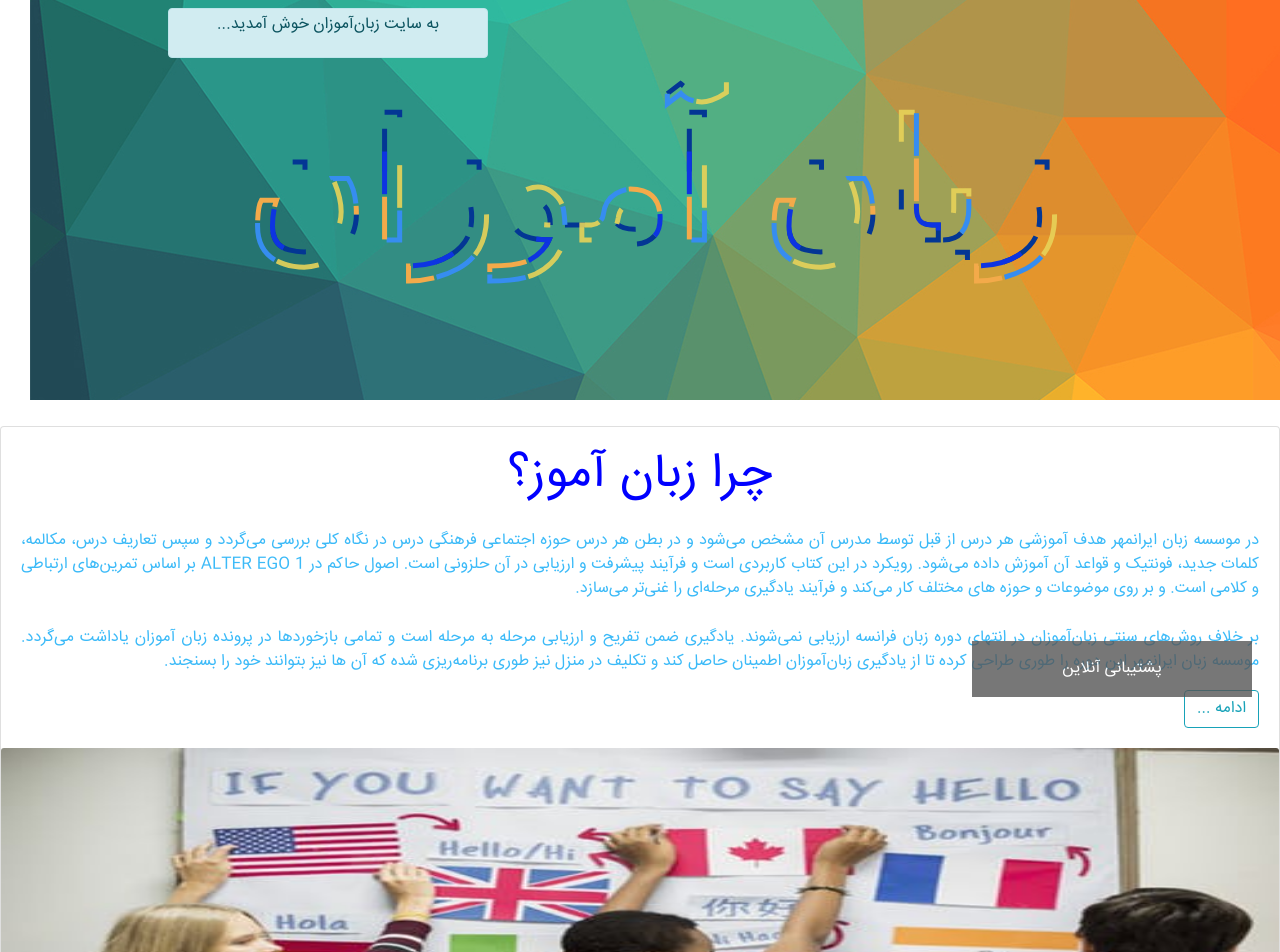
Repository: nikmahla/ZabanAmozan
Page: LanguageWebSite.html
These files come from the project's save history. The page is drawn as it stood at one moment and after a run of saves; the edit follows.
The browser window is 1280 px wide. The pictures show the part of the page from y = 0 to 952 px (the page is 3961 px tall).
A picture or video elsewhere on the page could not be fetched, so the positions and the page height are approximate.

Above is the page before, as saved 2019-10-11 22:01:59.

### LanguageWebSite.html
<html lang="en">

<head>
    <meta charset="UTF-8">
    <meta name="viewport" content="width=device-width, initial-scale=1.0">
    <meta http-equiv="X-UA-Compatible" content="ie=edge">
    <link rel="stylesheet" href="css/bootstrap.css">
    <link rel="stylesheet" href="css/stylesheet.css">
    <link rel="shortcut icon" href="images/fav.jpg" title="favicon">
    <script src="jquery.min.js"></script>
    <title>Learn New Language</title>
</head>

<body class="container-fluid">

    <div class="row bg-image">
        <svg viewBox="0 0 960 300">
            <symbol id="s-text">
                <text text-anchor="middle" x="50%" y="80%"> زبان آموزان</text>
            </symbol>

            <g class="g-ants">
                <use xlink:href="#s-text" class="text-copy"></use>
                <use xlink:href="#s-text" class="text-copy"></use>
                <use xlink:href="#s-text" class="text-copy"></use>
                <use xlink:href="#s-text" class="text-copy"></use>
                <use xlink:href="#s-text" class="text-copy"></use>
            </g>
        </svg>
    </div>

    <div id="alert" class="alert alert-info p-1 m-2">
        <p class="text-center">به سایت زبان‌آموزان خوش آمدید...</p>
    </div>

    <div class="row">
        <div class="card  " style="margin-top: 2%">
            <div class="card-body">
                <h5 class="card-title card-title-me"> چرا زبان آموز؟ </h5>
                <p class="card-body-me">در موسسه زبان ایرانمهر هدف آموزشی هر درس از قبل توسط مدرس آن مشخص می‌شود و در
                    بطن هر
                    درس حوزه اجتماعی فرهنگی درس در نگاه کلی بررسی می‌گردد و سپس تعاریف درس، مکالمه، کلمات جدید، فونتیک و
                    قواعد آن آموزش داده می‌شود. رویکرد در این کتاب کاربردی است و فرآیند پیشرفت و ارزیابی در آن حلزونی
                    است.
                    اصول حاکم در ALTER EGO 1 بر اساس تمرین‌های ارتباطی و کلامی است. و بر روی موضوعات و حوزه های مختلف
                    کار
                    می‌کند و فرآیند یادگیری مرحله‌‌ای را غنی‌تر می‌سازد.</p>
                <p class="card-body-me">
                    بر خلاف روش‌های سنتی زبان‌آموزان در انتهای دوره زبان فرانسه ارزیابی نمی‌شوند. یادگیری ضمن تفریح و
                    ارزیابی مرحله به مرحله است و تمامی بازخوردها در پرونده زبان آموزان یاداشت می‌گردد. موسسه زبان
                    ایرانمهر
                    این دوره را طوری طراحی کرده تا از یادگیری زبان‌آموزان اطمینان حاصل کند و تکلیف در منزل نیز طوری
                    برنامه‌ریزی شده که آن ها نیز بتوانند خود را بسنجند.
                </p>
                <button type="button" class="btn btn-outline-info">ادامه ...</button>

            </div>
            <img src="./images/fl031.jpg" class="card-img-top card-img" alt="">
        </div>
    </div>


    <div class="row ">
        <div class="col-md-6">
            <div class="videoplay ">
                <video class="img-fluid" autoplay="" loop="" playsinline="" muted="">
                    <source type="video/mp4" src="images/class03.mp4">
                </video>
            </div>
        </div>
        <div class="col-md-6 ">
            <h3 class="text-class">
                1.زمان مد نظرتو انتخاب کن
            </h3>
        </div>
    </div>

    <div class="row ">
        <div class="col-md-6 ">
            <h3 class="text-class">
                2.کلاستو انتخاب کن
            </h3>
        </div>
        <div class="col-md-6">
            <div class="videoplay ">
                <video class="img-fluid" autoplay="" loop="" playsinline="" muted="">
                    <source type="video/mp4" src="images/class031.mp4">
                </video>
            </div>
        </div>
    </div>

    <div class="row ">
        <div class="col-md-6">
            <div class="videoplay ">
                <video class="img-fluid" autoplay="" loop="" playsinline="" muted="">
                    <source type="video/mp4" src="images/class033.mp4">
                </video>
            </div>
        </div>
        <div class="col-md-6 ">
            <h3 class="text-class">
                3. برو کلاس
            </h3>
        </div>
    </div>

    <div class="row" style="margin-top:2% ">
        <div class="card card-box" style="width:30%">
            <img class="card-img-top" src="./images/cl8.jpg" alt="Card image">
            <div class="card-body">
                <h4 class="card-title">دوره های آموزش زبان فرانسه متوسطه بزرگسالان</h4>
                <p class="card-text">دوره های فشرده نیمه گروهی ( 6 تا 8 نفره )</p>
                <a href="#" class="btn btn-primary">مشاهده</a>
            </div>
        </div>

        <div class="card card-box" style="width:30%">
            <img class="card-img-top" src="./images/cl9.jpg" alt="Card image">
            <div class="card-body">
                <h4 class="card-title">دوره آموزش زبان فرانسه پیش متوسطه کودکان</h4>
                <p class="card-text">دوره زبان فرانسه پیش متوسطه کودکان (+A2)</p>
                <a href="#" class="btn btn-primary">مشاهده</a>
            </div>
        </div>

        <div class="card card-box" style="width:30%">
            <img class="card-img-top" src="./images/cl10.jpg" alt="Card image">
            <div class="card-body">
                <h4 class="card-title">دوره زبان فرانسه پیشرفته بزرگسالان</h4>
                <p class="card-text">دوره زبان فرانسه پیش متوسطه</p>
                <a href="#" class="btn btn-primary">مشاهده</a>
            </div>
        </div>
    </div>



    <div class="row bg">
        <h3 class="h1-list" data-shadow='dang!'>کلاسهای پاییز</h3>
    </div>



    <table class="table table-hover table-me">
        <thead>
            <tr>
                <th scope="col">#</th>
                <th scope="col">روزهای هفته</th>
                <th scope="col">کلاس</th>
                <th scope="col">استاد</th>
                <th> انتخاب</th>
            </tr>
        </thead>
        <tbody>
            <tr>
                <th scope="row">1</th>
                <td>شنبه</td>
                <td>زبان فرانسه</td>
                <td>دکتر رضایی</td>
                <td>
                    <button type="button" class="btn btn-outline-warning">مشاهده</button>
                </td>


            </tr>
            <tr>
                <th scope="row">2</th>
                <td>یکشنبه</td>
                <td>زبان فرانسه</td>
                <td>دکتر رضایی</td>
                <td>
                    <button type="button" class="btn btn-outline-warning">مشاهده</button>
                </td>

            </tr>
            <tr>
                <th scope="row">3</th>
                <td>دوشنبه</td>
                <td>زبان فرانسه</td>
                <td>دکتر رضایی</td>
                <td>
                    <button type="button" class="btn btn-outline-warning">مشاهده</button>
                </td>

            </tr>
            <tr>
                <th scope="row">4</th>
                <td>سه شنبه</td>
                <td>زبان فرانسه</td>
                <td>دکتر رضایی</td>
                <td>
                    <button type="button" class="btn btn-outline-warning">مشاهده</button>
                </td>
            </tr>
            <tr>
                <th scope="row">5</th>
                <td>چهارشنبه</td>
                <td>زبان فرانسه</td>
                <td>دکتر رضایی</td>
                <td>
                    <button type="button" class="btn btn-outline-warning">مشاهده</button>
                </td>
            </tr>
            <tr>
                <th scope="row">6</th>
                <td>پنجشنبه</td>
                <td>زبان فرانسه</td>
                <td>دکتر رضایی</td>
                <td>
                    <button type="button" class="btn btn-outline-warning">مشاهده</button>
                </td>

            </tr>
            <tr>
                <th scope="row">7</th>
                <td>جمعه</td>
                <td>زبان فرانسه</td>
                <td>دکتر رضایی</td>
                <td>
                    <button type="button" class="btn btn-outline-warning">مشاهده</button>
                </td>

            </tr>
        </tbody>
    </table>


    <button class="open-button" onclick="openForm()">پشتیبانی آنلاین</button>

    <div class="chat-popup" id="myForm">
        <form action="/action_page.php" class="form-container">
            <h5 class="text-right"> پشتیبانی زبان‌آموزان </h5>

            <label for="msg"><b> در خدمت شماست:</b></label>
            <textarea placeholder="متن ارسالی ..." name="msg" required></textarea>

            <button type="submit" class="btn">ارسال</button>
            <button type="button" class="btn cancel" onclick="closeForm()">بستن</button>
        </form>
    </div>



    <footer class="footer container-fluid">
        <div class="footer-middle">
            <div class="">
                <div class="row">
                    <div class="col-md-6 col-sm-6  ">

                        <div class="footer-pad">
                            <h4>راه های ارتباطی</h4>
                            <ul class="list-unstyled">
                                <li><a href="#"></a></li>
                                <li><a href="#">شماره تماس</a></li>
                                <li><a href="#">مشاوره حضوری</a></li>
                                <li><a href="#">ادرس ایمیل</a></li>
                                <li><a href="#">شبکه اجتماعی</a></li>

                            </ul>
                        </div>
                    </div>


                    <div class="col-md-6 col-sm-6 ">

                        <div class="footer-pad">
                            <h4> خواندیها برای شما</h4>
                            <ul class="list-unstyled">
                                <li><a href="#"> معرفی دیشکنری </a></li>
                                <li><a href="#">معرفی فیلم</a></li>
                                <li><a href="#">معرفی نرم افزار</a></li>
                                <li><a href="#">معرفی داستان</a></li>
                                <li><a href="#">معرفی سایت</a></li>
                                <li>
                                    <a href="#"></a>
                                </li>
                            </ul>
                        </div>
                    </div>

                </div>
                <div class="row">
                    <div class="col-md-12 copy">
                        <p class="text-center">&copy; حقوق مادی و معنوی سایت محفوظ است.</p>
                    </div>
                </div>


            </div>
        </div>
    </footer>

    <script >
        function openForm() {
            document.getElementById("myForm").style.display = "block";
        }

        function closeForm() {
            document.getElementById("myForm").style.display = "none";
        }
        $(document).ready(function () {
            setTimeout(function () {
                $('#alert').slideDown('slow');
            }, 3000);
        })
    </script>

</body>

</html>

### css/stylesheet.css
@font-face {
    font-family: 'iransans';
    src: url('../fonts/iransans_medium.woff2') format('woff2');
    font-weight: bold;
}

@font-face {
    font-family: 'iransans';
    src: url('../fonts/iransans_regular.woff2') format('woff2');
    font-weight: normal;
}

@font-face {
    font-family: 'iransans';
    src: url('../fonts/iransans_ultralight.woff2') format('woff2');
    font-weight: 200;
}

body {
    direction: rtl;
    text-align: right;
    margin: 0;
    font-family: 'iransans', tahoma;
}

* {
    box-sizing: border-box;
}

.videoplay {
    margin-top: 20%;
    min-width: 100%;
    min-height: 100%;
}

.text-class {
    margin-top: 45% !important;
    text-align: center;
    color: #3bbaf8
}

.bg-image {
    background-image: url('../images/bgh.png');
    height: 25rem;
    width: 100%;
}

.header-text {
    background: #8383e2;
}

.card-text {
    text-align: center;
    color: #115374;
    margin-top: 2%;
}

.card-btn {
    margin-top: 2%;
    color: blue;
}

.card-box {
    margin: 1%;
    padding: 1%;
    text-align: center;
}

.card-title-me {
    text-align: center;
    color: blue;
    font-size: 3rem;
}

.card-body-me {
    color: #3bbaf8;
    margin-top: 2%;
    text-align: justify;
}

.card-img {
    height: 25rem;
}

svg {
    display: block;
    font: 10.5em 'Montserrat';
    width: 960px;
    height: 300px;
    margin: 0 auto;
}

.text-copy {
    fill: none;
    stroke: white;
    stroke-dasharray: 6% 29%;
    stroke-width: 5px;
    stroke-dashoffset: 0%;
    animation: stroke-offset 5.5s infinite linear;
}

.text-copy:nth-child(1) {
    stroke: rgb(3, 54, 148);
    animation-delay: -1;
}

.text-copy:nth-child(2) {
    stroke: #e7d258e7;
    animation-delay: -2s;
}

.text-copy:nth-child(3) {
    stroke: rgb(54, 141, 240);
    animation-delay: -3s;
}

.text-copy:nth-child(4) {
    stroke: rgb(243, 170, 74);
    animation-delay: -4s;
}

.text-copy:nth-child(5) {
    stroke: rgb(13, 52, 226);
    animation-delay: -5s;
}

@keyframes stroke-offset {
    100% {
        stroke-dashoffset: -35%;
    }
}

.bg {
    margin: 2rem 0 2rem 0;
    text-align: center;
    background-color: rgba(243, 93, 33, 0.849);
}

.h1-list {
    margin-right: 20%;
    display: inline-block;
    color: white;
    font-size: 9em;
    text-shadow: .03em .03em 0 rgb(235, 71, 6);
}

.table-me {
    margin: 1rem 0 1rem 0;
    overflow: hidden;
}

.bt-me {
    color: orangered;
}

footer {
    width: 100%;
    background: #16222A;
    background: -webkit-linear-gradient(59deg, #3A6073, #16222A);
    background: linear-gradient(59deg, #3A6073, #16222A);
    color: white;
    margin-top: 100px;
    text-align: center;
}

footer a {
    color: #fff;
    font-size: 14px;
    transition-duration: 0.2s;
    display: inline-block;
}

footer a:hover {
    color: #FA944B;
    text-decoration: none;
}

.copy {
    font-size: 12px;
    padding: 10px;
    border-top: 1px solid #FFFFFF;
}

.footer-middle {
    padding-top: 2em;
    color: white;
}

.open-button {
    background-color: #555;
    color: white;
    padding: 16px 20px;
    border: none;
    cursor: pointer;
    opacity: 0.8;
    position: fixed;
    bottom: 23px;
    right: 28px;
    width: 280px;
}

/* The popup chat - hidden by default */

.chat-popup {
    display: none;
    position: fixed;
    bottom: 0;
    right: 15px;
    border: 3px solid #f1f1f1;
    z-index: 9;
}

/* Add styles to the form container */

.form-container {
    max-width: 300px;
    padding: 10px;
    background-color: white;
}

/* Full-width textarea */

.form-container textarea {
    width: 100%;
    padding: 15px;
    margin: 5px 0 22px 0;
    border: none;
    background: #f1f1f1;
    resize: none;
    min-height: 200px;
}

/* When the textarea gets focus, do something */

.form-container textarea:focus {
    background-color: #ddd;
    outline: none;
}

/* Set a style for the submit/send button */

.form-container .btn {
    background-color: #4CAF50;
    color: white;
    padding: 16px 20px;
    border: none;
    cursor: pointer;
    width: 100%;
    margin-bottom: 10px;
    opacity: 0.8;
}

/* Add a red background color to the cancel button */

.form-container .cancel {
    background-color: red;
}

/* Add some hover effects to buttons */

.form-container .btn:hover, .open-button:hover {
    opacity: 1;
}

#alert {
    position: fixed;
    top: 0;
    left: 10rem;
    width: 25%;
    display: none;
}

Loaded but not shown: css/bootstrap.css (library); node_modules/jquery/dist/jquery.min.js (library)

After the next 7 saves:
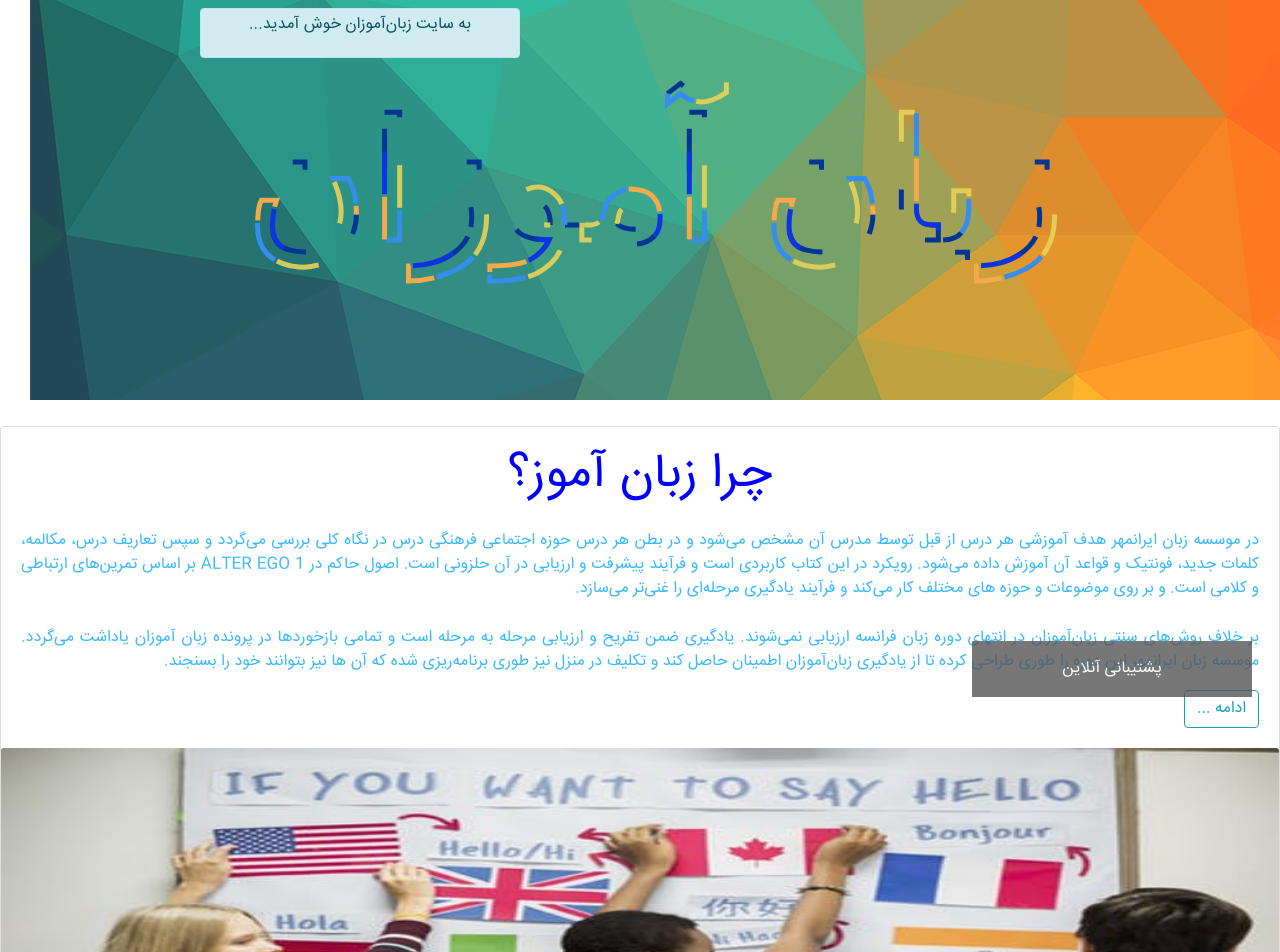
The 7 saves are shown as one change because they came seconds apart.
The last was saved 28 s later.
--- a/css/stylesheet.css
+++ b/css/stylesheet.css
@@ -265,7 +265,8 @@ footer a:hover {
 #alert {
     position: fixed;
     top: 0;
-    left: 10rem;
+    left: 12rem;
     width: 25%;
     display: none;
-}
+    background-color:
+}
